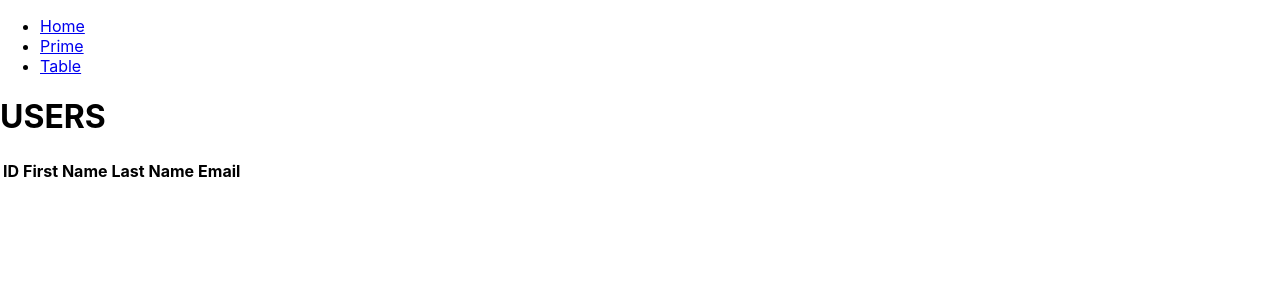
Repository: mandahos/prime-pop
Page: /table
The author's editor kept a copy of each file at every save. The page is drawn from the files as they stood at one save, then again after a run of saves.
The browser window is 1280 px wide. The pictures show the whole page.
The project was rebuilt for these pictures with package versions that can differ from the ones it lists, and the page was loaded fresh each time. Also part of the build but not shown: src/App.css, src/App.js, src/Pages/Home.js.

Above is the page before, as saved 2022-10-02 20:49:25.

### src/index.js
import React from 'react';
import ReactDOM from 'react-dom/client';
import './index.css';
import App from './App';
import Home from './Pages/Home';
import Prime from './Pages/Prime';
import Table from './Pages/Table';
import Layout from './Pages/Layout';
import reportWebVitals from './reportWebVitals';
import { BrowserRouter, Routes, Route } from 'react-router-dom';

const root = ReactDOM.createRoot(document.getElementById('root'));
root.render(
  <React.StrictMode>
    <BrowserRouter>
    <Routes>
        <Route path="/" element={<Layout />}>
          <Route index element={<Home />} />
          <Route path="prime" element={<Prime />} />
          <Route path="table" element={<Table />} />
        </Route>
      </Routes>
    </BrowserRouter>
  </React.StrictMode>
);

// If you want to start measuring performance in your app, pass a function
// to log results (for example: reportWebVitals(console.log))
// or send to an analytics endpoint. Learn more: https://bit.ly/CRA-vitals
reportWebVitals();

### src/Pages/Prime.js
import React from "react";

function Prime() {
    //prime 1-1000 written, first indicates where to start and when to end loop, second variable is indicating how to show if prime.
    for (var n = 2; n <= 1000; n++) {
        for (var i = 2; i < n; i++) {
            if (n % i === 0)
            {
                break;
            }
        }
        if (n === i)
        {
        document.write(i+"<br>");
        }
    }

}
//math right, need to print on page//in console
console.log(Prime(2));


export default Prime;

### src/Pages/Table.js
import React from "react";


function Table(){
    return(

        <div className="app-container">
        <h1> USERS </h1>
        <table>
            <thead>
                <tr>
               <th>ID</th>
               <th>First Name</th>
               <th>Last Name</th>
               <th>Email</th>
               </tr>
            </thead>
            <tbody>
                <tr>
                    <td></td>
                    <td></td>
                    <td></td>
                    <td></td>
                </tr>
            </tbody>
        </table>
        </div>

    );
}


export default Table;

### src/Pages/Layout.js
import React from "react";
import {Outlet} from "react-router-dom";
import NavBar from "../Components/NavBar";

function Layout() {
    return(
        <>
        <NavBar />
        <Outlet />
        </>
    );
};

export default Layout;

### src/Components/NavBar.js
import React from "react";
import {BrowserRouter, Route, Link} from "react-router-dom";

function NavBar() {
    return(
        <nav>
            <ul>
                <li>
                    <Link to='/'>Home</Link>
                </li>
                <li>
                    <Link to='/prime'>Prime</Link>
                </li>
                <li>
                    <Link to='/table'>Table</Link>
                </li>
            </ul>
        </nav>
    );

}

export default NavBar

Loaded but not shown: public/index.html (common file); src/index.css (common file); src/reportWebVitals.js (common file)

After the next 2 saves:
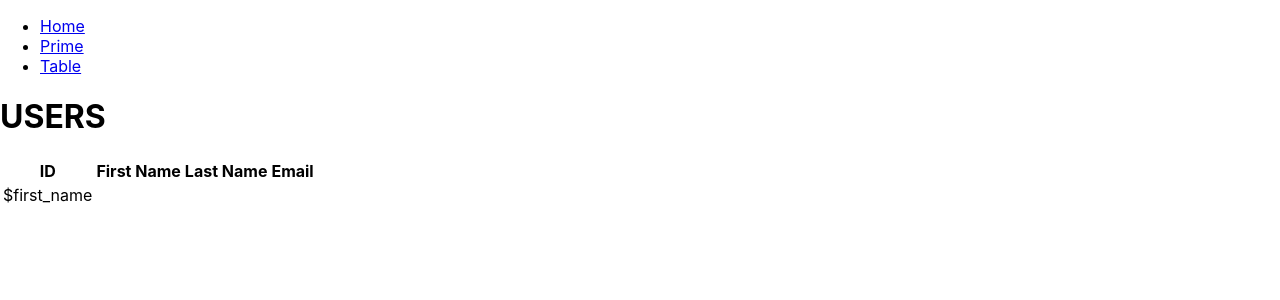
The 2 saves are shown as one change because 1 did not build or start.
The last was saved 67 s later.
--- a/src/Pages/Table.js
+++ b/src/Pages/Table.js
@@ -17,7 +17,7 @@
             </thead>
             <tbody>
                 <tr>
-                    <td></td>
+                    <td>{`$first_name`}</td>
                     <td></td>
                     <td></td>
                     <td></td>

After the save that followed:
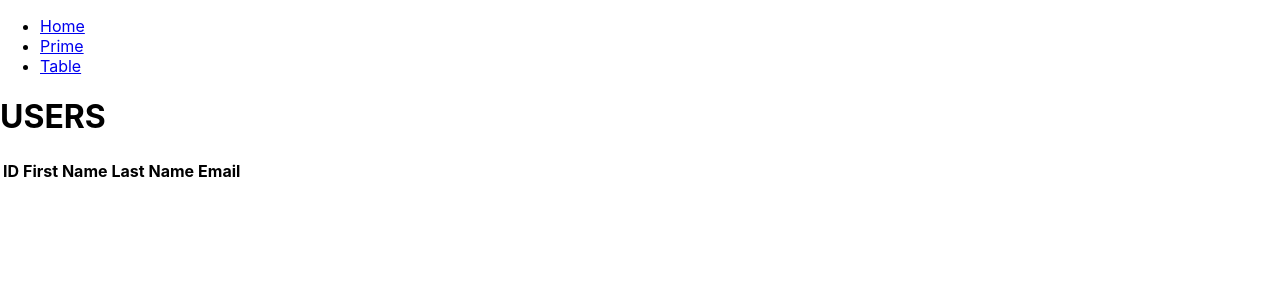
Saved 48 s later.
--- a/src/Pages/Table.js
+++ b/src/Pages/Table.js
@@ -17,7 +17,7 @@
             </thead>
             <tbody>
                 <tr>
-                    <td>{`$first_name`}</td>
+                    <td></td>
                     <td></td>
                     <td></td>
                     <td></td>
